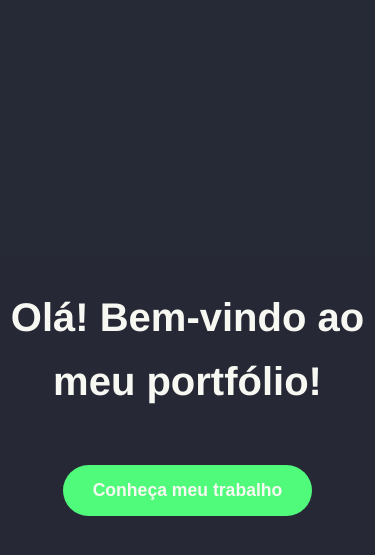
Repository: dan2135/Meu-portif-lio
Page: index.html
These files come from the project's save history. The page is drawn as it stood at one moment and after the next save; the edit follows.
The browser window is 375 px wide. The pictures show the window.
A layer covers the whole window, so only the first screen is drawn.

Above is the page before, as saved 2025-09-26 14:50:49.

### index.html
<!DOCTYPE html>
<html lang="pt-br">
<head>
    <meta charset="UTF-8">
    <meta name="viewport" content="width=device-width, initial-scale=1.0">
    <title>portfólio Daniel</title>
    <link rel="shortcut icon" href="/img/logdev.png" type="image/x-icon">
    <link rel="stylesheet" href="https://cdnjs.cloudflare.com/ajax/libs/font-awesome/6.4.0/css/all.min.css">
 <link rel="stylesheet" href="style.css">

</head>
<body>
    <div class="bg-animation"></div>

    <div id="ola">
        <p>Olá! Bem-vindo ao meu portfólio!</p>
        <button id="sjb" onclick="mostrarConteudo()">Conheça meu trabalho</button>
    </div>

    <div id="conteudo">
        <header>
            <div class="nome">
                <p>Daniel Carlos | Desenvolvedor Front-end</p>
            </div>
            <button class="menu-btn" aria-label="Abrir menu">&#9776;</button>
            <nav>
                <a href="#sobre">Sobre</a>
                <a href="#skills">Habilidades</a>
                <a href="#projetos">Projetos</a>
                <a href="#contato">Contato</a>
            </nav>
        </header>

        <main>
            <section id="sobre">
                <h1>Olá, eu sou o Daniel!</h1>
               <p>Sou <strong>desenvolvedor web autônomo</strong>, com experiência prática em projetos como <strong>FAQ dinâmico</strong>, <strong>pop-ups interativos para download de documentos</strong> e <strong>carrosséis de feedbacks em landing pages</strong>.</p>
<p>Durante minha formação inicial no <strong>Instituto da Oportunidade Social (IOS) em Santana</strong>, adquiri conhecimentos em <strong>HTML, CSS, Git/GitHub, Pacote Office</strong> e uma introdução ao <strong>JavaScript</strong>.</p>
<p>Mais tarde, ampliei meu aprendizado na faculdade, estudando <strong>C</strong>, <strong>gestão estratégica</strong> e <strong>fundamentos de hardware e software</strong>, o que me deu uma base sólida para compreender todo o ciclo de desenvolvimento de sistemas.</p>
<p>Atualmente, possuo <strong>conhecimento intermediário em JavaScript</strong>, noções básicas de <strong>React</strong> e sigo em constante aprendizado, explorando boas práticas de <strong>UX/UI</strong> e ferramentas de <strong>versionamento e automação</strong> para evoluir como desenvolvedor.</p>
<p>Tenho facilidade para <strong>trabalhar em equipe</strong>, sou <strong>adaptável a novas tecnologias</strong> e busco sempre entregar <strong>soluções eficientes e escaláveis</strong> que contribuam para o crescimento e sucesso dos projetos.</p>
<p>Meu objetivo é continuar ampliando minhas habilidades técnicas e criativas para desenvolver aplicações web modernas que unam performance, acessibilidade e uma ótima experiência para o usuário.</p>



            </section>

               <section id="skills">
                <h2>💻 Tecnologias que conheço</h2>
                <div class="skills-grid">
                    <div class="skill-card">
                        <i class="fab fa-html5"></i>
                        <h3>HTML5</h3>
                        <p>Marcacao semântica e acessível</p>
                    </div>
                    <div class="skill-card">
                        <i class="fab fa-css3-alt"></i>
                        <h3>CSS3</h3>
                        <p>Estilizacao moderna e responsiva</p>
                    </div>
                    <div class="skill-card">
                        <i class="fab fa-js"></i>
                        <h3>JavaScript</h3>
                        <p>Interatividade e lógica de aplicacao</p>
                    </div>
                    <div class="skill-card">
                        <i class="fab fa-react"></i>
                        <h3>React</h3>
                        <p>Interfaces componentizadas</p>
                    </div>
                    <div class="skill-card">
                        <i class="fab fa-bootstrap"></i>
                        <h3>Bootstrap</h3>
                        <p>Framework CSS para designs responsivos</p>
                    </div>
                    <div class="skill-card">
                        <i class="fab fa-git-alt"></i>
                        <h3>Git</h3>
                        <p>Controle de versao e colaboracao</p>
                    </div>
                </div>
            </section>

            <section id="projetos">
                <h2>🚀 Projetos</h2>
                <p>Confira alguns projetos que desenvolvi durante meus estudos:</p>
                <div class="projetos-grid">
                    <div class="projeto-card">
                        <div class="projeto-img">
                            <i class="fas fa-desktop"></i>
                        </div>
                        <div class="projeto-info">
                            <h3>Faq Laudo facil</h3>
                            <p>Repositório dedicado à seção de Perguntas Frequentes (FAQ) do Laudo Fácil, contendo conteúdo e código para esclarecer dúvidas de usuários e otimizar a experiência na plataforma.</p>
                            <a href="https://faqlaudo.netlify.app" target="_blank" class="projeto-link">Ver Projeto</a>
                        </div>
                    </div>

                    <div class="projeto-card">
                        <div class="projeto-img">
                            <i class="fas fa-calculator"></i>
                        </div>
                        <div class="projeto-info">
                            <h3>Converso de USD para BRl</h3>
                            <p>Aplicação desenvolvida em HTML, CSS e JavaScript, que reúne uma calculadora funcional com operações matemáticas básicas e um conversor de USD para BRL.<p>
                            <a href="https://conversordolarreal.netlify.app" class="projeto-link" target="_blank">Ver Projeto</a>
                        </div>
                    </div>

                    <div class="projeto-card">
                        <div class="projeto-img">
                           <i class="fa-solid fa-clapperboard"></i>
                        </div>
                        <div class="projeto-info">
                            <h3>Stat viewer</h3>
                            <p>State Viewer – Plataforma web inspirada no Letterboxd para avaliação e descrição de filmes, séries e outras obras.
                                 Permite cadastrar títulos, escrever reviews e acompanhar o que já foi assistido, com interface responsiva e foco em usabilidade.</p>
                            <a href="https://moviestatsviewer.netlify.app/" target="_blank" class="projeto-link">Ver Projeto</a>
                        </div>
                    </div>
                </div>
            </section>

            <section id="contato">
                <h2>📫 Contato</h2>
                <p>Entre em contato comigo por:</p>
                <ul class="contato-links">
                    <li>
                        <i class="fas fa-envelope"></i>
                        <a href="mailto:danielcarlos2135@gmail.com">
                        <span>danielcarlos2135@gmail.com</span></a>
                    </li>
                    <li>
                        <i class="fab fa-linkedin"></i>
                        <a href="https://www.linkedin.com/in/daniel-carlos-963418241" target="_blank">LinkedIn</a>
                    </li>
                    <li>
                        <i class="fab fa-github"></i>
                        <a href="https://github.com/dan2135" target="_blank">GitHub</a>
                    </li>
                    <li>
                        <i class="fab fa-whatsapp"></i>
                        <a href="https://wa.me/5511919988939">
                        <span>(11) 91998-8939</span>
                        </a>
                    </li>
                </ul>
            </section>
        </main>

        <footer>
            <p>&copy; 2023 Daniel Carlos. Todos os direitos reservados.</p>
        </footer>
    </div>

    <script src="script.js">
        // Função para mostrar o conteúdo principal

    </script>
</body>
</html>

### style.css
/* Seu CSS com algumas adaptações */
* {
    margin: 0;
    padding: 0;
    box-sizing: border-box;
}

:root {
    --bg: #282A36;
    --text: #F8F8F2;
    --fundo: #BD93F9;
    --card-bg: #44475A;
    --button-bg: #50FA7B;
    --button-hover: #8BE9FD;
    --highlight: #FF79C6;
    --sombra: 0 4px 20px rgba(0, 0, 0, 0.3);
    --transit: 0.4s ease;
}

body {
    background-color: var(--bg);
    font-family: 'Helvetica Neue', Arial, sans-serif;
    color: var(--text);
    line-height: 1.6;
}

.bg-animation {
    position: fixed;
    top: 0;
    left: 0;
    width: 100%;
    height: 100%;
    z-index: -1;
    background: linear-gradient(45deg, #0f3460, #1a1a2e, #16213e, #1a1a2e);
    background-size: 400% 400%;
    animation: gradientBG 15s ease infinite;
    overflow: hidden;
}

@keyframes gradientBG {
    0% {
        background-position: 0% 50%;
    }

    50% {
        background-position: 100% 50%;
    }

    100% {
        background-position: 0% 50%;
    }
}

/* Tela de boas-vindas */
#ola {
    position: fixed;
    top: 0;
    left: 0;
    width: 100%;
    height: 100vh;
    display: flex;
    flex-direction: column;
    justify-content: center;
    align-items: center;
    background: rgba(40, 42, 54, 0.95);
    z-index: 1000;
    transition: opacity 0.8s ease, visibility 0.8s;
}

#ola.hidden {
    opacity: 0;
    visibility: hidden;
}

#ola p {
    color: var(--text);
    font-size: 2.5rem;
    font-weight: bold;
    margin-bottom: 2rem;
    text-align: center;
    animation: fadeIn 1.5s ease;
}

#sjb {
    color: var(--text);
    font-size: 1.1rem;
    font-weight: bold;
    border: none;
    border-radius: 30px;
    padding: 15px 30px;
    margin-top: 20px;
    cursor: pointer;
    transition: all 0.7s ease;
    background-color: var(--button-bg);
    display: inline-block;
}

#sjb:hover {
    background-color: var(--button-hover);
    transform: translateY(-4px);
}

/* Conteúdo principal */
#conteudo {
    opacity: 0;
    transform: translateY(20px);
    transition: opacity 0.8s ease, transform 0.8s ease;
    display: block;
}

#conteudo.visible {
    opacity: 1;
    transform: translateY(0);
}

/* Header */
header {
    background-color: rgba(22, 33, 62, 0.9);
    width: 100%;
    padding: 1.3rem 5%;
    display: flex;
    justify-content: space-between;
    align-items: center;
    box-shadow: var(--sombra);
    position: sticky;
    top: 0;
    z-index: 100;
}

.menu-btn {
    font-size: 1.8rem;
    background: none;
    border: none;
    color: #fff;
    cursor: pointer;
    display: none;
    /* Escondido no desktop */
}


.nome {
    color: var(--text);
    font-size: 1.2rem;
    font-weight: bold;
}

nav {
    display: flex;
    align-items: center;
    gap: 1.5rem;
}

nav a {
    color: var(--text);
    text-decoration: none;
    font-weight: bold;
    padding: 0.5rem;
    transition: color 0.3s;
    position: relative;
    overflow: hidden;
}

nav a:hover {
    color: var(--button-hover);
}

nav a::after {
    content: '';
    position: absolute;
    left: 0;
    bottom: 0;
    width: 100%;
    height: 2px;
    background-color: var(--button-hover);
    transform: translateY(100%);
    transition: transform 0.3s ease;
}

nav a.active::after,


nav a:hover::after {
    transform: translateY(0);
}

/* Seções */
section {
    padding: 6rem 5%;
    max-width: 1200px;
    margin: 0 auto;
    min-height: 100vh;
    display: flex;
    flex-direction: column;
    justify-content: center;
    opacity: 0;
    transform: translateY(50px) scale(0.95);
    transition: all 0.4s var(--transit);
    animation: fadeIn 1.5s ease;
}

section.active {
    opacity: 1;
    transform: translateY(0) scale(1);
    animation: fadeIn 1.5s ease;
}

section.exiting {
    opacity: 0;
    transform: translateY(-50px) scale(0.95);
}


h1,
h2 {
    color: var(--text);
    margin-bottom: 2rem;
    position: relative;
}

h1 {
    color: var(--highlight);
    font-size: 3.5rem;
    font-weight: 200;
    text-transform: uppercase;
    letter-spacing: -0.05em;
    padding-top: 1rem;
}

h1:after,
h2:after {
    content: '';
    position: absolute;
    left: 0;
    bottom: -10px;
    width: 60px;
    height: 4px;
    background-color: var(--highlight);
    border-radius: 2px;
}

h2:after {
    width: 40px;
}

h2 {
    font-size: 2.2rem;
    margin-top: 3rem;
}

#sobre {
    display: block;
    width: 100%;
    margin-top: 2rem;
}

#sobre h1 {
    display: block;
    font-size: 3.5rem;
    margin-bottom: 2rem;
}

#sobre p {
    text-align: left;
    color: var(--text);
    font-size: 1.2rem;
    line-height: 1.6;
    margin-bottom: 1.5rem;
    margin-left: 0;
    margin-top: 1rem;
}

strong {
    color: var(--button-hover);
}

/* Skills */
.skills-grid {
    display: grid;
    grid-template-columns: repeat(auto-fill, minmax(250px, 1fr));
    gap: 1.5rem;
    margin-top: 2rem;
}

.skill-card {
    background: rgba(255, 255, 255, 0.05);
    padding: 1.5rem;
    border-radius: 10px;
    box-shadow: 0 3px 10px rgba(0, 0, 0, 0.2);
    transition: var(--transit);
    display: flex;
    flex-direction: column;
    align-items: center;
    text-align: center;
    opacity: 1;
    transform: translateY(20px);
}

.skill-card.visible {
    opacity: 1;
    transform: translateY(0);
}

.skill-card i {
    color: var(--primary);
    font-size: 2.5rem;
    margin-bottom: 1rem;
}

.skill-card h3 {
    font-size: 1.3rem;
    margin-bottom: 0.5rem;
    color: var(--text);
}

.skill-card:hover {
    transform: translateY(4px);
    box-shadow: 0 8px 15px rgba(0, 0, 0, 0.3);
    background: rgba(255, 255, 255, 0.1);
    cursor: pointer;
}


/* Projetos */
.projetos-grid {
    display: grid;
    grid-template-columns: repeat(auto-fill, minmax(300px, 1fr));
    gap: 2rem;
    margin-top: 2rem;
}

.projeto-card {
    background: rgba(255, 255, 255, 0.05);
    border-radius: 10px;
    overflow: hidden;
    transition: var(--transit);
    box-shadow: 0 5px 15px rgba(0, 0, 0, 0.2);
    opacity: 0;
    transform: translateY(20px);
}

.projeto-card.visible {
    opacity: 1;
    transform: translateY(0);
}

.projeto-img {
    height: 200px;
    background: linear-gradient(45deg, var(--secondary), var(--primary));
    display: flex;
    align-items: center;
    justify-content: center;
    color: white;
    font-size: 3rem;
    position: relative;
    overflow: hidden;
}

.projeto-img:after {
    content: '';
    position: absolute;
    top: 0;
    left: 0;
    width: 100%;
    height: 100%;
    background: linear-gradient(transparent, rgba(90, 91, 139, 0.7));
}

.projeto-info {
    padding: 1.5rem;
}

.projeto-info h3 {
    margin-bottom: 0.8rem;
    color: var(--text);
    font-size: 1.4rem;
}

.projeto-info p {
    margin-bottom: 1.2rem;
    color: #ccc;
    font-size: 1rem;
}

.projeto-link {
    display: inline-block;
    padding: 0.6rem 1.2rem;
    background-color: var(--button-hover);
    color: var(--bg);
    text-decoration: none;
    border-radius: 5px;
    transition: var(--transit);
    font-weight: 500;
}

.projeto-link:hover {
    background-color: var(--highlight);
    transform: translateY(-3px);
}

/* Contato */


.contato-links {
    display: grid;
    grid-template-columns: repeat(auto-fill, minmax(250px, 1fr));
    gap: 1.5rem;
    list-style: none;
    margin-top: 2rem;
}

.contato-links li {
    background: rgba(255, 255, 255, 0.1);
    padding: 1.5rem;
    border-radius: 8px;
    box-shadow: 0 3px 10px rgba(0, 0, 0, 0.2);
    transition: var(--transit);
    display: flex;
    align-items: center;
    gap: 15px;
}

.contato-links li:hover {
    transform: translateY(-5px);
    box-shadow: 0 8px 15px rgba(0, 0, 0, 0.3);
}

.contato-links i {
    color: var(--button-hover);
    font-size: 1.8rem;
}

.contato-links a {
    color: var(--text);
    text-decoration: none;
    transition: var(--transit);
}

.contato-links a:hover {
    color: var(--button-hover);
}

/* Footer */
footer {
    text-align: center;
    padding: 2rem;
    background-color: rgba(22, 33, 62, 0.9);
    color: var(--text);
    margin-top: 3rem;
}



/* Animações */
@keyframes fadeIn {
    from {
        opacity: 0;
        transform: translateY(20px);
    }

    to {
        opacity: 1;
        transform: translateY(0);
    }
}

/* Responsividade */
@media (max-width: 768px) (min-width: 430px) {
    header {
        flex-direction: column;
        gap: 1rem;
        text-align: center;
        padding: 1rem;
    }

    nav {
        gap: 1rem;
        flex-wrap: wrap;
        justify-content: center;
    }

    #ola p {
        font-size: 1.8rem;
        padding: 0 1rem;
    }

    section {
        padding: 3rem 1rem;
    }

    #sobre h1 {
        font-size: 2.5rem;
    }

    #sobre p {
        font-size: 1.1rem;
    }

    .projetos-grid {
        grid-template-columns: 1fr;
    }
}

@media ()

### script.js
     function mostrarConteudo() {
            document.getElementById('ola').classList.add('hidden');
            document.getElementById('conteudo').classList.add('visible');

            // Iniciar observadores após mostrar o conteúdo
            setTimeout(() => {
                iniciarObservadorSecoes();
                iniciarObservadorElementos();
                configurarNavegacao();
            }, 300);
        }

        // Observador para as seções principais
        function iniciarObservadorSecoes() {
            const sections = document.querySelectorAll('section');
            const navLinks = document.querySelectorAll('nav a');

            const observer = new IntersectionObserver((entries) => {
                entries.forEach(entry => {
                    if (entry.isIntersecting) {
                        // Remover a classe ativa de todas as seções
                        sections.forEach(section => {
                            if (section !== entry.target) {
                                section.classList.add('exiting');
                                setTimeout(() => {
                                    section.classList.remove('active', 'exiting');
                                }, 300);
                            }
                        });

                        // Adicionar a classe ativa à seção visível
                        entry.target.classList.add('active');

                        // Atualizar o link de navegação ativo
                        const id = entry.target.getAttribute('id');
                        navLinks.forEach(link => {
                            link.classList.remove('active');
                            if (link.getAttribute('href') === `#${id}`) {
                                link.classList.add('active');
                            }
                        });
                    }
                });
            }, { threshold: 0.5 });

            sections.forEach(section => {
                observer.observe(section);
            });
        }

        // Observador para elementos individuais (skills, projetos, contato)
        function iniciarObservadorElementos() {
            const skillItems = document.querySelectorAll('#skills li');
            const projectCards = document.querySelectorAll('.projeto-card');
            const contactItems = document.querySelectorAll('.contato-links li');

            const elements = [...skillItems, ...projectCards, ...contactItems];

            const observer = new IntersectionObserver((entries) => {
                entries.forEach(entry => {
                    if (entry.isIntersecting) {
                        setTimeout(() => {
                            entry.target.classList.add('visible');
                        }, 100);
                    }
                });
            }, { threshold: 0.2 });

            elements.forEach(element => {
                observer.observe(element);
            });
        }

        // Configurar navegação suave
        function configurarNavegacao() {
            document.querySelectorAll('nav a').forEach(anchor => {
                anchor.addEventListener('click', function(e) {
                    e.preventDefault();
                    const targetId = this.getAttribute('href');
                    const targetElement = document.querySelector(targetId);

                    window.scrollTo({
                        top: targetElement.offsetTop - 100,
                        behavior: 'smooth'
                    });
                });
            });
        }

        document.addEventListener("DOMContentLoaded", function() {
            // Inicialização adicional quando necessário
        });

After the next save:
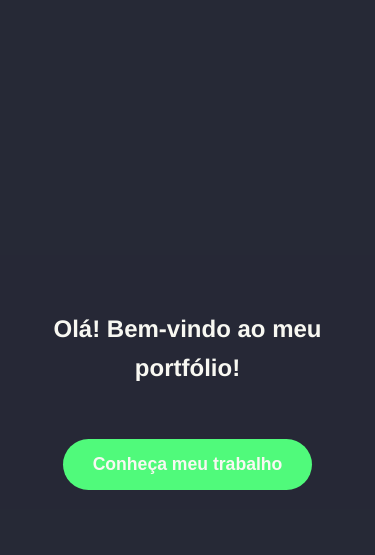
Saved 35 s later.
--- a/style.css
+++ b/style.css
@@ -500,4 +500,49 @@ footer {
     }
 }
 
-@media ()
+@media (max-width: 430px) {
+    header {
+        flex-direction: column;
+        gap: 1rem;
+        text-align: center;
+        padding: 1rem;
+    }
+
+    .menu-btn {
+        display: block;
+    }
+
+    nav {
+        display: none;
+        flex-direction: column;
+        gap: 1rem;
+        margin-top: 1rem;
+    }
+
+    nav.active {
+        display: flex;
+    }
+
+    #ola p {
+        font-size: 1.5rem;
+        padding: 0 1rem;
+    }
+
+    section {
+        padding: 2rem 1rem;
+    }
+
+    #sobre h1 {
+        font-size: 2rem;
+    }
+
+    #sobre p {
+        font-size: 1rem;
+    }
+
+    .skills-grid,
+    .projetos-grid,
+    .contato-links {
+        grid-template-columns: 1fr;
+    }
+}
